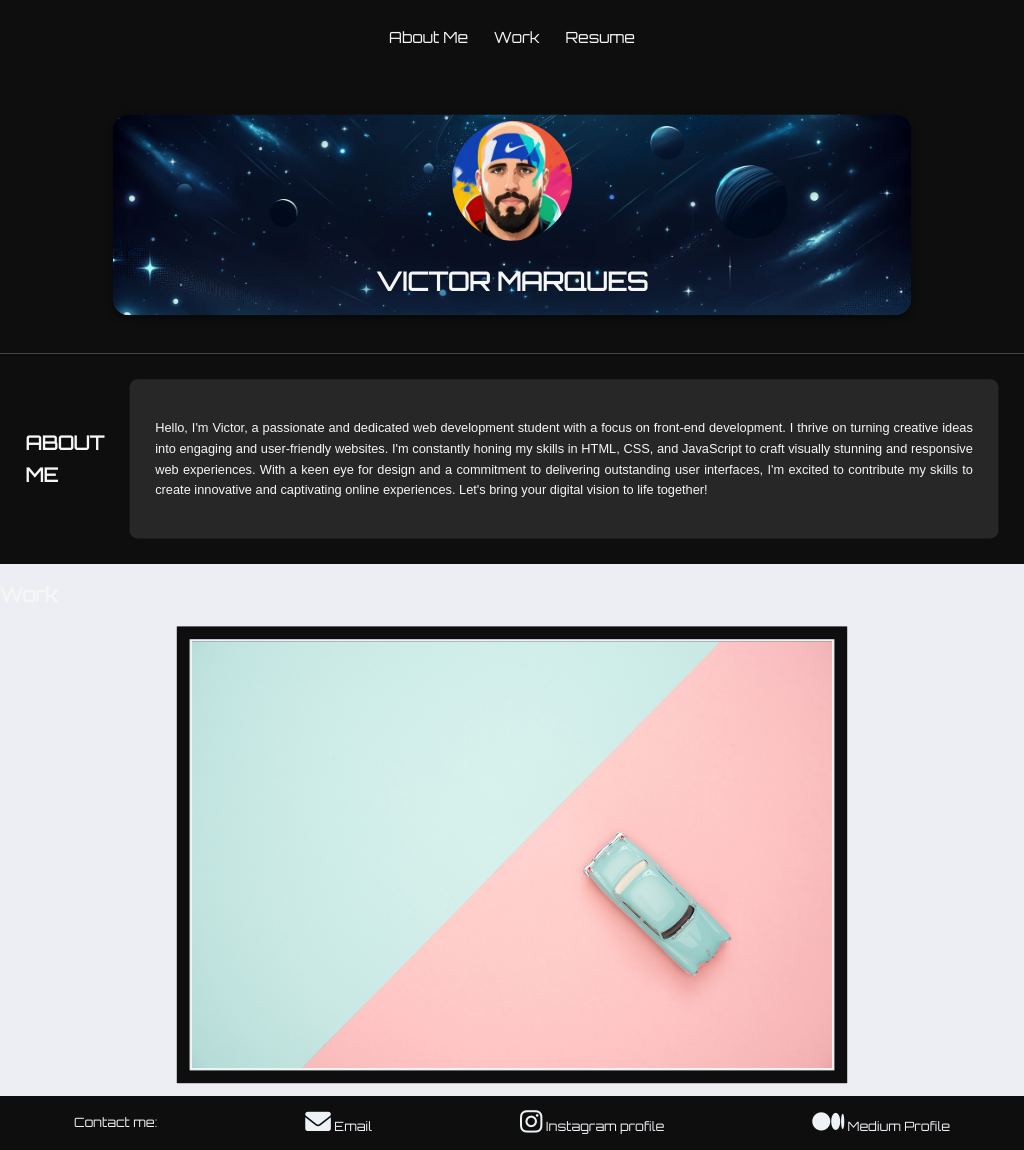
Repository: uvee35/Challenge2-Victor
Page: index.html
These files come from the project's save history. The page is drawn as it stood at one moment and after the next save; the edit follows.
The browser window is 1280 px wide. The pictures show the whole page, at 80% of full size.

Above is the page before, as saved 2023-12-12 20:32:15.

After the next save:
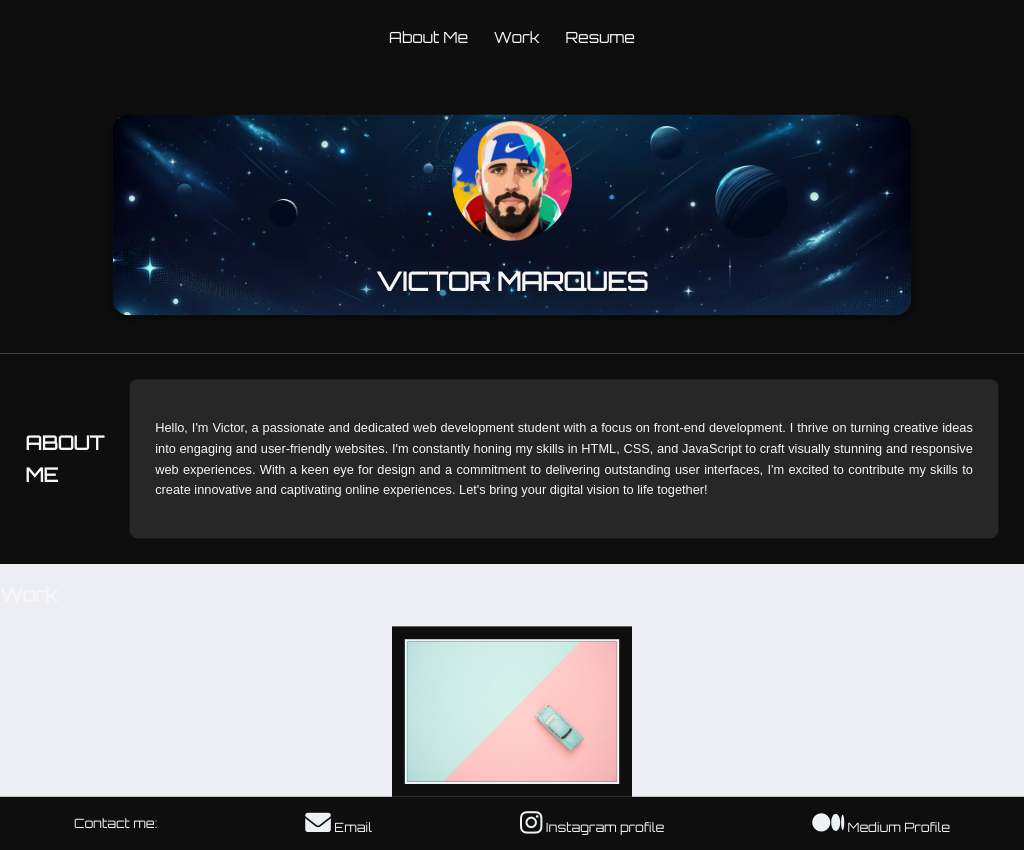
Saved 5 min 33 s later.
--- a/assets/style.css
+++ b/assets/style.css
@@ -163,7 +163,8 @@
 }
 
 .project--featured {
-  width: calc(66.666% - 1rem);
+  max-width: 300px; /* Set a max-width for the container */
+  margin: auto; /* Center the container */
 }
 
 .project img {
